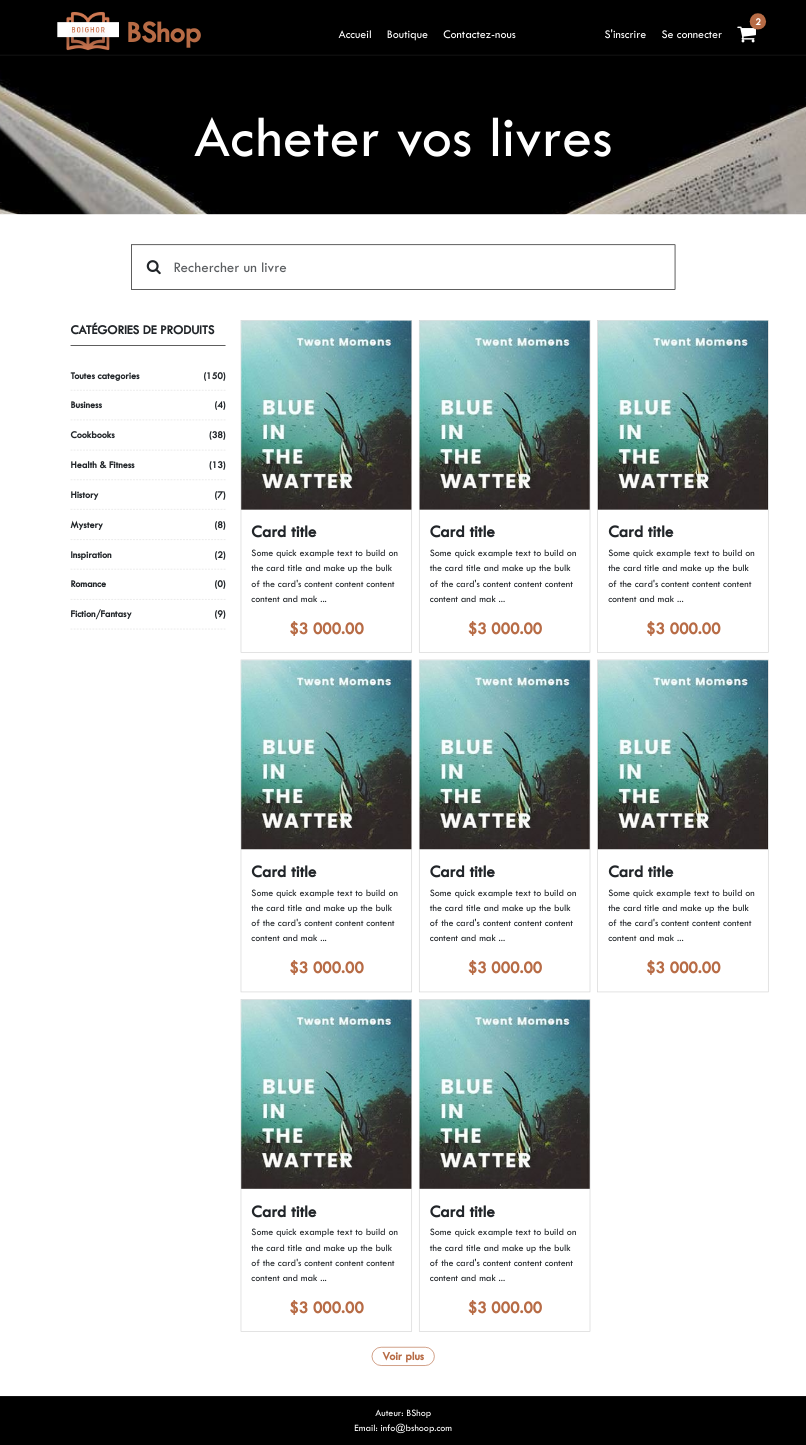
Repository: padevft/e-commerce-php
Page: http://localhost/server/pages/shop.php
These files come from the project's save history. The page is drawn as it stood at one moment and after the next save; the edit follows.
The browser window is 1280 px wide. The pictures show the whole page, at 63% of full size.
The page is run by PHP 8.4 with error messages shown; the project is at /var/www/html/.

Above is the page before, as saved 2023-09-18 12:27:37.

After the next save:
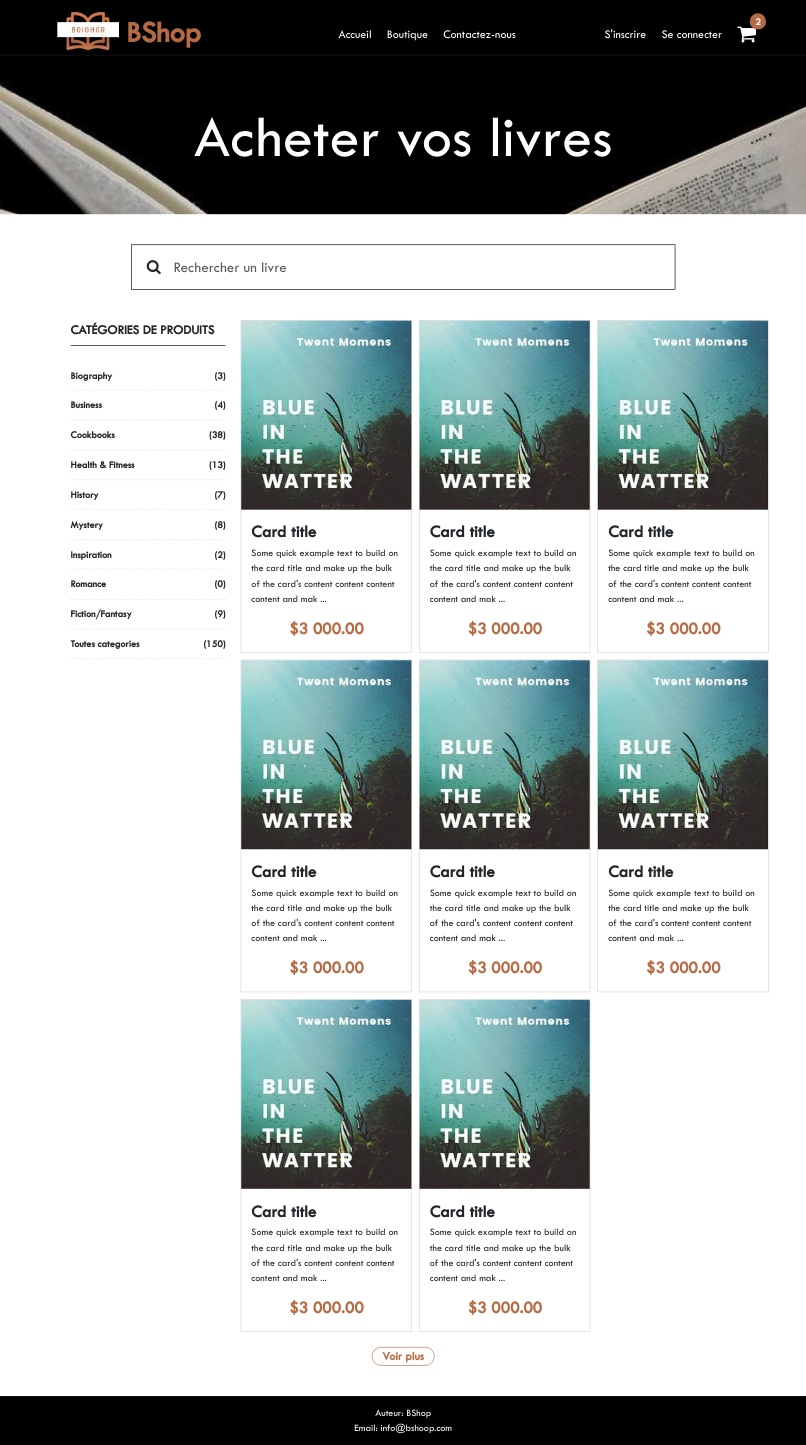
Saved 5 s later.
--- a/server/includes/utilitaires.inc.php
+++ b/server/includes/utilitaires.inc.php
@@ -36,8 +36,8 @@ function getProductCategories()
     $liste[7]['number'] = '0';
     $liste[8]['name'] = 'Fiction/Fantasy';
     $liste[8]['number'] = '9';
-    $liste[0]['name'] = 'Toutes categories';
-    $liste[0]['number'] = '150';
+    $liste[9]['name'] = 'Toutes categories';
+    $liste[9]['number'] = '150';
     return $liste;
 }
 
